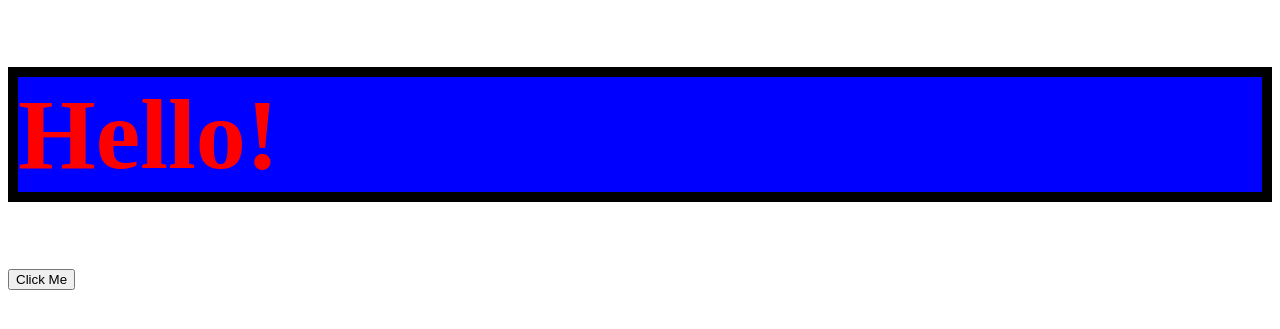
Repository: jnguyen113/DOM-Manipulation
Page: index.html
An editor plug-in stored every save of this project. The page is shown before and after the next save, followed by the edit.
The browser window is 1280 px wide. The pictures show the whole page.
After loading, the first visible `button.changeColor` was clicked once.

Above is the page before, as saved 2020-06-12 10:54:33.

After the next save:
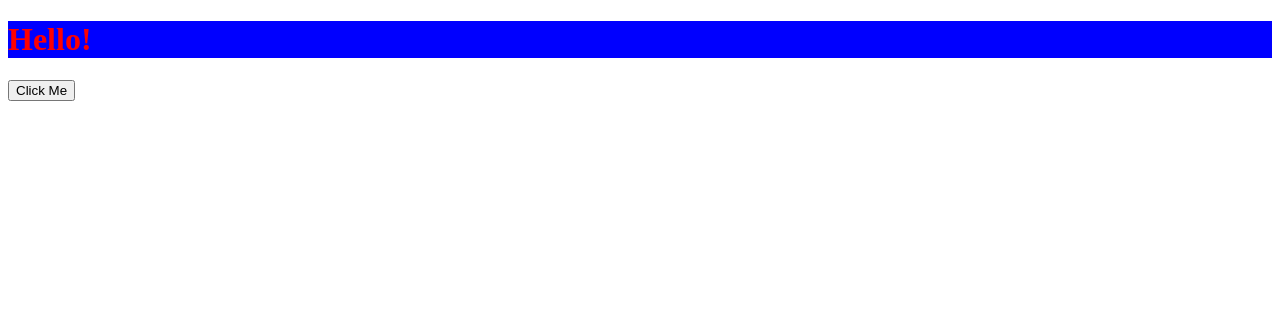
Saved 55 s later.
--- a/main.js
+++ b/main.js
@@ -1,7 +1,7 @@
 const text = document.querySelector('.title');
 const changeColor = document.querySelector('.changeColor');
 changeColor.addEventListener('click', function(){
-    text.classList.add('change');
+    text.classList.toggle('change');
 })
 
 text.style.color = 'red';

After the 3 saves that followed:
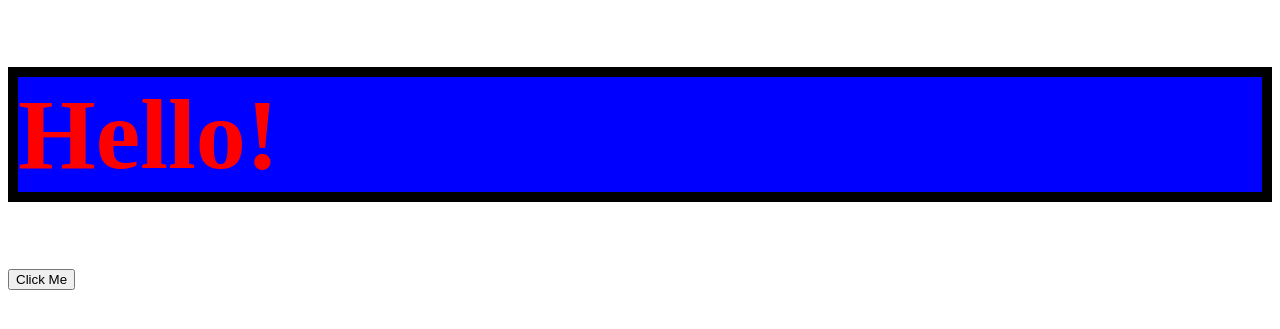
The 3 saves are shown as one change because 1 left the picture as it was and some came seconds apart.
The last was saved 26 s later.
--- a/main.js
+++ b/main.js
@@ -1,7 +1,7 @@
 const text = document.querySelector('.title');
 const changeColor = document.querySelector('.changeColor');
 changeColor.addEventListener('click', function(){
-    text.classList.toggle('change');
+    text.classList.add("change");
 })
 
 text.style.color = 'red';
